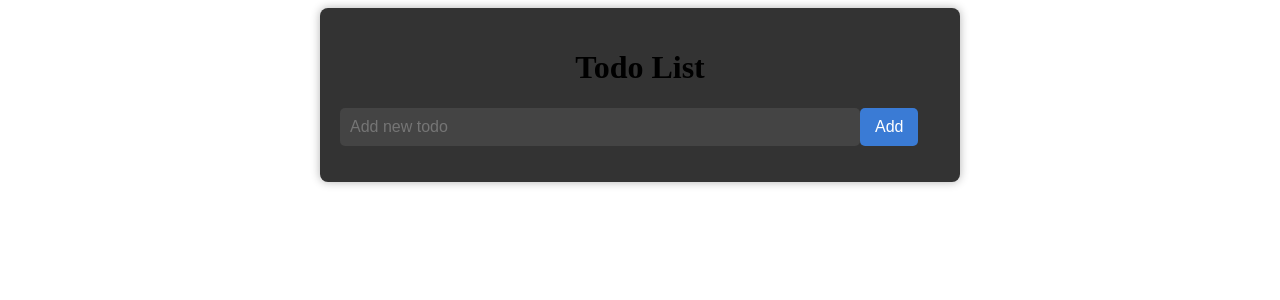
Repository: Tobby004/Todo-assignment
Page: / (app in todo-list-app/)
The author's editor kept a copy of each file at every save. The page is drawn from the files as they stood at one save, then again after the next save.
The browser window is 1280 px wide. The pictures show the whole page.
The project was rebuilt for these pictures with package versions that can differ from the ones it lists, and the page was loaded fresh each time. Also part of the build but not shown: todo-list-app/vue.config.js.

Above is the page before, as saved 2023-12-06 16:05:11.

### todo-list-app/src/App.vue
<template>
  <div id="app">
    <h1>Todo List</h1>
    <div class="input-container">
      <input v-model="newTodo" @keyup.enter="addTodo" placeholder="Add new todo" class="input-field">
      <button @click="addTodo" class="add-button">Add</button>
    </div>
    <ul>
      <li v-for="(todo, index) in todos" :key="index" class="todo-item">
        <span>{{ todo }}</span>
        <button @click="editTodo(index)" class="edit-button">Edit</button>
        <button @click="deleteTodo(index)" class="delete-button">Delete</button>
      </li>
    </ul>
  </div>
</template>



<script>
export default {
  data() {
    return {
      todos: [],
      newTodo: '',
      editedTodoIndex: null,
    };
  },
  methods: {
    addTodo() {
      if (this.newTodo.trim() !== '') {
        if (this.editedTodoIndex !== null) {
          this.todos[this.editedTodoIndex] = this.newTodo;
          this.newTodo = '';
          this.editedTodoIndex = null;
        } else {
          this.todos.push(this.newTodo);
          this.newTodo = '';
        }
      }
    },
    editTodo(index) {
      this.newTodo = this.todos[index];
      this.editedTodoIndex = index;
    },
    deleteTodo(index) {
      this.todos.splice(index, 1);
    },
  },
};
</script>

<style scoped>
body {
  margin: 0;
  font-family: Arial, sans-serif;
  background-color: #222;
  color: #eee;
}

#app {
  max-width: 600px;
  margin: 0 auto;
  padding: 20px;
  background-color: #333;
  border-radius: 8px;
  box-shadow: 0 0 10px rgba(0, 0, 0, 0.3);
}

h1 {
  text-align: center;
}

.input-container {
  display: flex;
  align-items: center;
  margin-bottom: 10px;
}

.input-field {
  width: calc(100% - 100px); /* Reduce the input width */
  padding: 10px;
  border: none;
  border-radius: 5px;
  font-size: 16px;
  background-color: #444;
  color: #eee;
}

.add-button {
  padding: 10px 15px;
  border: none;
  border-radius: 5px;
  cursor: pointer;
  font-size: 16px;
  background-color: #3a7bd5;
  color: #fff;
  transition: background-color 0.3s ease;
}

.add-button:hover {
  background-color: #2e5aa3;
}
.todo-item {
  display: flex;
  align-items: center;
  justify-content: space-between;
  padding: 10px;
  margin-bottom: 8px;
  background-color: #555;
  border-radius: 5px;
  transition: background-color 0.3s ease;
}

.todo-item:hover {
  background-color: #666;
}

.edit-button,
.delete-button {
  padding: 5px 10px;
  border: none;
  border-radius: 3px;
  cursor: pointer;
  transition: background-color 0.3s ease;
}

.edit-button:hover {
  background-color: #3a7bd5;
}

.delete-button:hover {
  background-color: #d9534f;
}
</style>

Loaded but not shown: todo-list-app/public/index.html (common file); todo-list-app/src/main.js (common file)

After the next save:
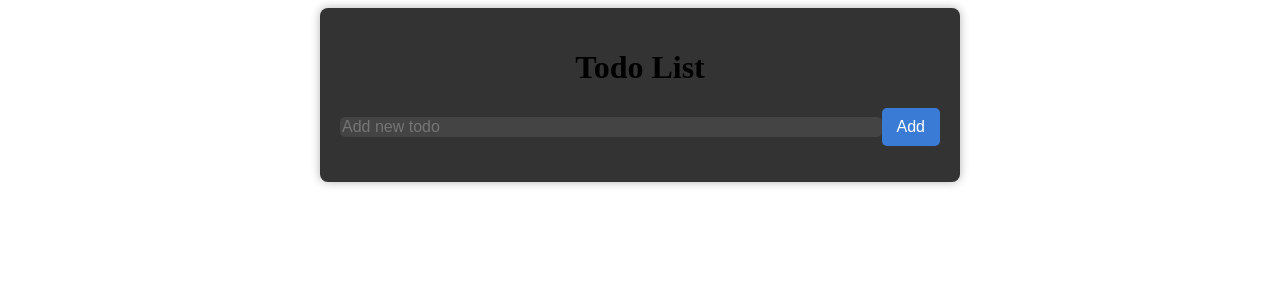
Saved 62 s later.
--- a/todo-list-app/src/App.vue
+++ b/todo-list-app/src/App.vue
@@ -78,8 +78,7 @@ h1 {
 }
 
 .input-field {
-  width: calc(100% - 100px); /* Reduce the input width */
-  padding: 10px;
+  width: calc(100% - 60px);
   border: none;
   border-radius: 5px;
   font-size: 16px;
